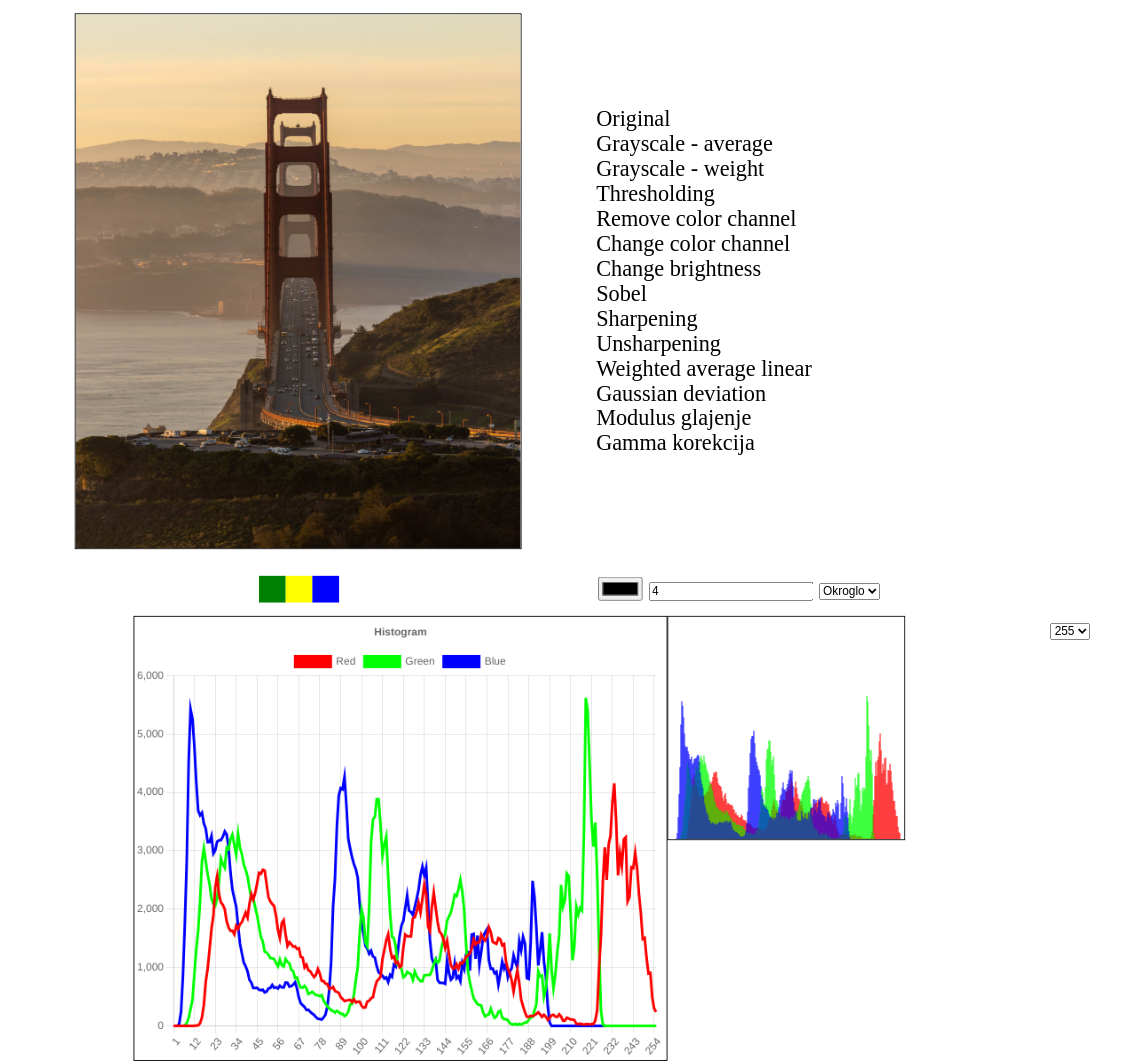
Repository: fussionko/web_photoshop
Page: index.html
An editor plug-in stored every save of this project. The page is shown before and after the next save, followed by the edit.
The browser window is 1280 px wide. The pictures show the whole page, at 89% of full size.
Some web libraries are served in a nearby version.

Above is the page before, as saved 2022-04-29 11:06:21.

After the next save:
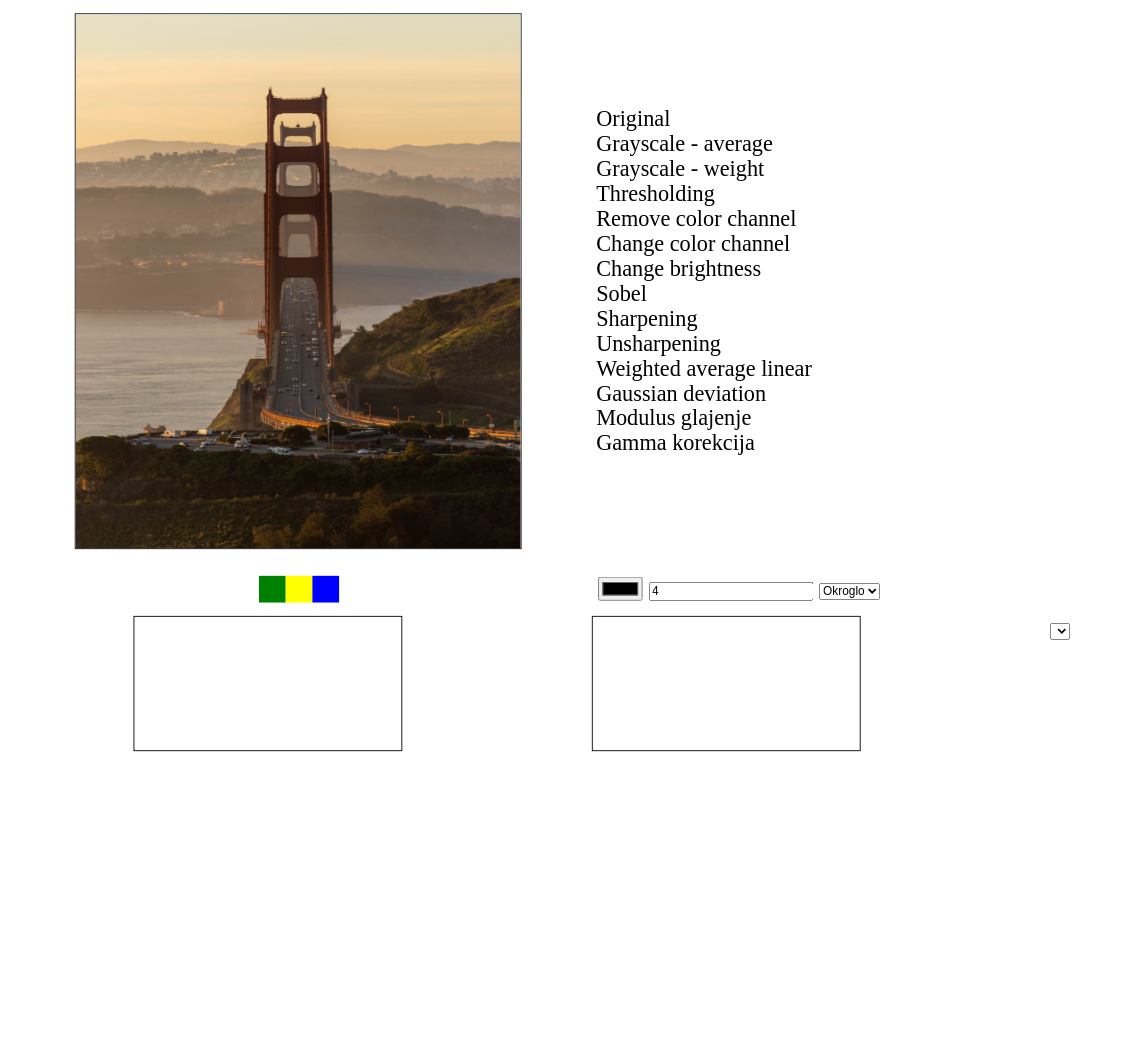
Saved 12 days later.
--- a/main.js
+++ b/main.js
@@ -43,8 +43,8 @@ window.addEventListener("load", () => {
 
 
     loadDraw();
-    initGraph();
-    all_new_graphs(original_img_data)
+    // initGraph();
+    // all_new_graphs(original_img_data)
 
 });
 
